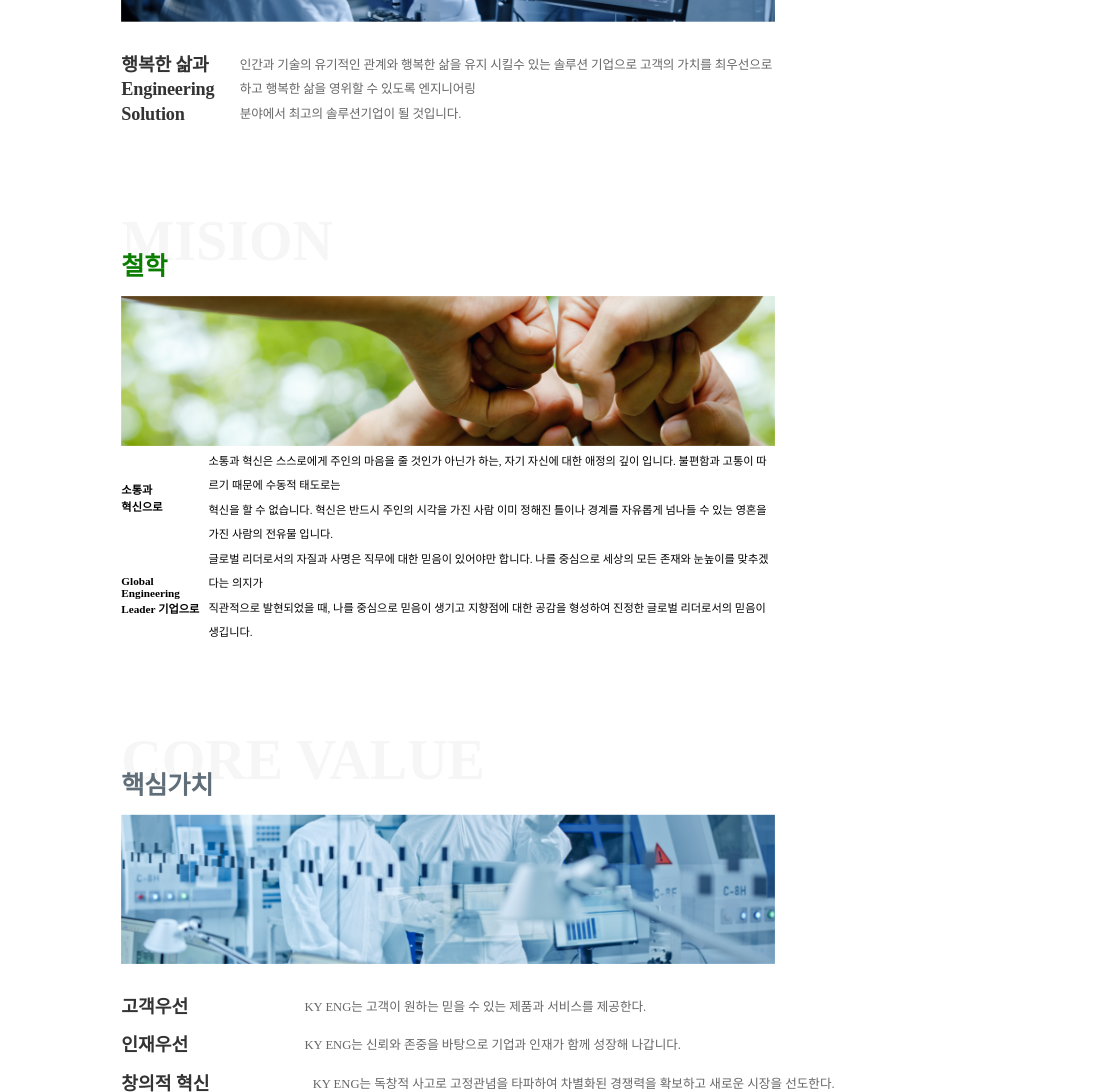
Repository: wogml3270/kumyoungENG
Page: sub/about/about_company.html
The author's editor kept a copy of each file at every save. The page is drawn from the files as they stood at one save, then again after the next save.
The browser window is 1280 px wide. The page is 1564 px wide, so the pictures cover 1564 px, including what lies to the right of the window. The pictures show the part of the page from y = 1130 to 2690 px (the page is 3033 px tall), at 70% of full size.
Some web fonts or font styles are not loaded; a fallback is used.

Above is the page before, as saved 2022-07-25 14:27:34.

### sub/about/about_company.html
<!DOCTYPE html>
<html lang="ko">
    <head>
        <meta charset="UTF-8" />
        <meta http-equiv="X-UA-Compatible" content="ie=edge" />
        <meta name="viewport" content="width=device-width, initial-scale=1.0" />
        <link rel="stylesheet" href="./../css/reset.css" />
        <link rel="stylesheet" href="./../css/about_company.css" />
        <link rel="stylesheet" href="./../css/about_banner.css">
        <link rel="stylesheet" href="./../css/snb_bar.css">
        <link rel="stylesheet" href="../../css/header.css">
        <link rel="stylesheet" href="../../css/footer.css">
        <link rel="stylesheet" href="/css/media.css">
        <script src="https://ajax.googleapis.com/ajax/libs/jquery/3.5.1/jquery.min.js"></script>
        <script src="http://ajax.aspnetcdn.com/ajax/jQuery/jquery-1.12.4.min.js"></script>
        <script src="https://code.jquery.com/jquery-1.12.4.min.js"></script>
        <script src="../../js/script.js"></script>
        <script src="../../js/snb_bar.js"></script>
        <title>회사소개_기업정신</title>
    </head>
    <body>
        <div id="header"></div>
        <div id="wrap">
            <div class="about-banner">
                <p>KUM YOUNG ENG</p>
                <span></span>
                <h3>회사소개</h3>
                <!-- <img src="./../images/company-banner-image.png" alt="배너 이미지"> -->
            </div>

            <div class="snb">
                <a href="/">homeimg</a>

                    <ul class="snb_box">
                        <li><a href="">회사소개<img src="./../images/Vector 1.png" alt=""></a></li>
                        <li>
                            <a href="/sub/about/about_company.html">기업정신<img src="./../images/Vector 1.png" alt=""></a>
                            <ol class="lnb">
                                <li><a href="/sub/about/about_greeting.html">인사말</a></li>
                                <!-- <li><a href="/sub/about/about_company.html">기업정신</a></li> -->
                                <li><a href="/sub/about/about_management.html">경영이념</a></li>
                                <li><a href="">ESG경영</a></li>
                                <li><a href="/sub/about/about_history.html">연혁</a></li>
                                <li><a href="/sub/about/about_org.html">조직도</a></li>
                                <li><a href="/sub/about/about_branch.html">지사/해외법인</a></li>
                                <li><a href="/sub/about/about_wayto.html">오시는길</a></li>
                            </ol>
                        </li>
                    </ul>
              </div>

            <section id="mind">
                <h2>기업정신</h2>

                <article class="vision">
                    <h3>VISION</h3>
                    <h4>비전</h4>

                    <img src="./../images/vision-image.png" alt="행복한 삶과 Engineering Solution">


                    <div class="firsttx">
                        <p>
                            행복한 삶과 <br />
                            Engineering Solution
                        </p>

                        <p>
                            인간과 기술의 유기적인 관계와 행복한 삶을 유지 시킬수 있는 솔루션 기업으로
                            고객의 가치를 최우선으로 하고 행복한 삶을 영위할 수 있도록 엔지니어링 <br />
                            분야에서 최고의 솔루션기업이 될 것입니다.
                        </p>
                    </div>
                </article>

                <article class="mission">
                    <h3>MISION</h3>
                    <h4>철학</h4>
                    <img src="./../images/mission-image.png" alt="소통과 혁신으로 Global Engineering Leader 기업으로">

                    <table class="secondtx">
                        <tr>
                            <th>
                                소통과 <br />
                                혁신으로
                            </th>

                            <td>
                                소통과 혁신은 스스로에게 주인의 마음을 줄 것인가 아닌가 하는, 자기 자신에 대한 애정의 깊이 입니다.
                                불편함과 고통이 따르기 때문에 수동적 태도로는 <br />
                                혁신을 할 수 없습니다. 혁신은 반드시 주인의 시각을 가진 사람 이미 정해진 틀이나
                                경계를 자유롭게 넘나들 수 있는 영혼을 가진 사람의 전유물 입니다.
                            </td>
                        </tr>

                        <div>
                            <th>
                                Global Engineering <br />
                                Leader 기업으로
                            </th>

                            <td>
                                글로벌 리더로서의 자질과 사명은 직무에 대한 믿음이 있어야만 합니다.
                                나를 중심으로 세상의 모든 존재와 눈높이를 맞추겠다는 의지가 <br />
                                직관적으로 발현되었을 때, 나를 중심으로 믿음이 생기고 지향점에 대한 공감을 형성하여
                                진정한 글로벌 리더로서의 믿음이 생깁니다.
                            </td>
                        </div>
                    </table>
                </article>

                <article class="core_value">
                    <h3>CORE VALUE</h3>
                    <h4>핵심가치</h4>

                    <img src="./../images/value-image.png" alt="핵심가치">
                    <div class="thirdtx">
                        <dl>
                            <dt>고객우선</dt>
                            <dd>KY ENG는 고객이 원하는 믿을 수 있는 제품과 서비스를 제공한다.</dd>
                        </dl>
                        <dl>
                            <dt>인재우선</dt>
                            <dd>KY ENG는 신뢰와 존중을 바탕으로 기업과 인재가 함께 성장해 나갑니다.</dd>
                        </dl>
                        <dl>
                            <dt>창의적 혁신</dt>
                            <dd>KY ENG는 독창적 사고로 고정관념을 타파하여 차별화된 경쟁력을 확보하고 새로운 시장을 선도한다.</dd>
                        </dl>
                        <dl>
                            <dt>변화선도</dt>
                            <dd>KY ENG 는 현실안주를 퇴보로 인식하고, 끊임없이 변화와 혁신을 추구해온 기업이며 세계시장을 리드하고 변화를 선도하는 기업이 되기 위해 노력합니다.</dd>
                        </dl>
                    </div>

                </article>
            </section>
        </div>
        <div id="footer"></div>
    </body>
</html>

### sub/css/reset.css
@charset "UTF-8";

* {
    margin: 0;
    padding: 0;
  }

  body,
  html {
    width: 100%;
    height: 100%;
    font-family: "Pretendard";
  }

  ul,
  li {
    list-style: none;
    text-decoration: none;
  }

  a:link,
  a:visited,
  a:hover,
  a:active {
    color: #fff;
    text-decoration: none;
  }

### sub/css/about_company.css
@charset "utf-8";

@import url("https://cdn.jsdelivr.net/gh/orioncactus/pretendard@v1.3.4/dist/web/static/pretendard.css");

table{
  border-collapse: collapse;
}
tr,th,td{
  text-align: left;
}
td{
  font-family: 'Pretendard';
  font-style: normal;
  font-weight: 400;
  line-height: 35px;
}

#wrap > img {
  width: 100%;
  height: auto;
}

#mind {
  width: 100%;
  padding-top: 110px;
}

#mind > h2 {
  color: #333;
  font-size: 24px;
  font-weight: 600;
  text-align: center;
}

article {
  width: 72.916%;
  margin-left: 13.5416%;
  margin-top: 120px;
}

article > h3 {
  color: #f6f6f6;
  font-size: 80px;
  font-weight: 800;
}

article > h4 {
  font-size: 36px;
  font-weight: 600;
  letter-spacing: -0.01em;
  position: relative;
  top: -40px;
}

article > img {
  width: 100%;
  margin-top: -20px;
}

.vision > h4 {
  color: #004170;
}

.firsttx {
  display: flex;
  flex-flow: row nowrap;
  justify-content: space-between;
  margin-top: 40px;
}
.firsttx > p {
  line-height: 35px;
  letter-spacing: -0.01em;
}
.firsttx > p:nth-child(1) {
  color: #333;
  font-size: 26px;
  font-weight: 600;
  margin-right: 10px;
}
.firsttx > p:nth-child(2) {
  color: #666;
  font-weight: 400;
  font-size: 18px;
}

.mission > h4 {
  color: #0B7E00;
}
.secondtx > div {
  display: flex;
  flex-flow: row nowrap;
  justify-content: flex-start;
  margin-top: 40px;
  line-height: 35px;
}

.secondtx > div > p {
  word-break: keep-all;
}

.secondtx > div:nth-child(1) > p:nth-child(1){
  margin-right: 249px;
}
.secondtx > div:nth-child(2) > p:nth-child(1){
  margin-right: 116px;
}

.secondtx > div > p:nth-child(1){
  color: #333;
  font-size: 26px;
  font-weight: 600;
}
.secondtx > div > p:nth-child(2){
  color: #666;
  font-size: 18px;
  font-weight: 400;
}

.core_value > h4 {
  color: #606E79;
}

.thirdtx {
  margin-top: 40px;
}

.thirdtx > dl {
  display: flex;
  flex-flow: row nowrap;
  justify-content: flex-start;
  margin-bottom: 20px;
}

.thirdtx > dl:last-child {
  margin-bottom: initial;
}

.thirdtx > dl > dt {
  color: #333;
  font-size: 26px;
  font-weight: 600;
  line-height: 35px;
  white-space: nowrap;
}

.thirdtx > dl > dd {
  color: #666;
  font-size: 18px;
  font-weight: 400;
  line-height: 35px;
  margin-left: 17.7857%;
  white-space: nowrap;
}

.thirdtx > dl:nth-child(3) > dd {
  margin-left: 15.7857%;
}

@media screen and (max-width: 899px){

  article{
    width: 80%;
    margin: 120px auto;
  }

  article > h3 {
    font-size: 50px;
  }

  article > h4 {
    font-size: 25px;
  }
  article > div > p:nth-child(1){
    font-size: 20px;
  }
  article > div > p:nth-child(2){
    font-size: 15px;
  }
  .firsttx{
      display: block;
  }
  .firsttx > p:nth-child(1) {
    font-size: 20px;
    margin-right: 0;
  }
  .firsttx > p:nth-child(2){
    font-size: 15px;
  }

  .secondtx > div {
    display: block;
    line-height: 29px;
  }
  .secondtx > div:nth-child(1) > p:nth-child(1){
    margin-right: 0;
    margin-bottom: 10px;
  }

  .secondtx > div:nth-child(2){
    display: block;
  }

  .secondtx > div > p > br {
    display: none;
  }
  .secondtx > div > p:nth-child(1){
    font-size: 20px;
    margin-right: 0;
  }

  .secondtx > div:nth-child(2) > p:nth-child(1) {
    margin-bottom: 10px;
    margin-right: 0;
  }

  .secondtx > div > p:nth-child(2){
    word-break: keep-all;
    font-size: 16px;
  }
  .thirdtx > dl{
    flex-direction: column;
    font-family: 'Pretendard';
    font-style: normal;
  }
  .thirdtx > dl > dt{
    font-size: 20px;
  }
  .thirdtx > dl > dd{
    font-size: 15px;
    margin-left: 3.5%;
    white-space: normal;
  }
  .thirdtx > dl:nth-child(3) > dd{
    margin-left: 3.5%;
  }

}

### sub/css/about_banner.css
@charset "UTF-8";

.about-banner{
    width: 100%;
    height: 500px;
    background: url(../../images/company-banner-image.png) no-repeat center center;
    background-size: cover;
    display: flex;
    flex-direction: column;
    align-items: center;
    justify-content: center;
  }
  .about-banner p{
    font-family: 'Pretendard';
    font-style: normal;
    font-weight: 400;
    font-size: 16px;
    line-height: 20px;
    text-align: center;
    letter-spacing: -0.01em;
    color: #FFFFFF;
  }
  .about-banner span{
    width: 40px;
    height: 1px;
    background: #FFFFFF;
    margin: 16px 0;
  }
  .about-banner h3{
    font-family: 'Pretendard';
    font-style: normal;
    font-weight: 700;
    font-size: 24px;
    line-height: 24px;
    text-align: center;
    letter-spacing: -0.01em;
    color: #FFFFFF;
  }

### sub/css/snb_bar.css
@charset "utf-8";

ul,li {
    list-style: none;
    text-decoration: none;
}

a:link,
a:visited,
a:hover,
a:active {
    color: #fff;
    text-decoration: none;
}

.snb {
    position: relative;
    top: -26px;
    width: 72.916%;
    height: 60px;
    margin: 0 auto;
    background-color: #fff;
    border: 1px solid #ddd;
    box-sizing: border-box;
    box-shadow: 0px 4px 15px rgba(0, 0, 0, 0.1);
    z-index: 1;
}

.snb > a {
    position: absolute;
    top: -1px;
    left: -1px;
    display: block;
    width: 65px;
    height: 60px;
    text-indent: -9999px;
    background-color: #004170;
    background-image: url(./../images/Group.png);
    background-position: center center;
    background-repeat: no-repeat;
}

.snb > a {
    display: block;
    width: 65px;
    height: 60px;
}

.snb_box {
    display: flex;
    flex-flow: row nowrap;
    /* margin-left: 20.5px; */
    margin-left: 64px;
    margin-top: 0;

}

.snb_box > li {
    position: relative;
    text-indent: 20.5px;
    /* text-indent: 30%; */
    width: 209px;
    height: 60px;
    line-height: 60px;
    border-right: 1px solid #ddd;
    box-sizing: border-box;
}

.snb_box > li > a {
    display: block;
    height: 60px;
    color: #333;
    font-family: 'Pretendard';
    font-style: normal;
    font-weight: 400;
    font-size: 16px;
}

.snb_box > li > a > img {
    position: absolute;
    top: 22.5px;
    left: 80%;

}

.snb_box > li:last-child > a:hover > img {
    transform: rotate(90deg);
    transition: 0.3s;
}

.lnb {
    display: none;
    position: absolute;
    width: 100%;
    padding: 0;
    border: 1px solid #DDDDDD;
    border-top: none;
    background-color: #fff;
}

.lnb > li > a {
    color: #333;
    display: block;
    font-family: 'Pretendard';
    font-style: normal;
    font-weight: 400;
    font-size: 16px;
}

.lnb > li > a:hover {
    background-color: #F5F5F5;
}

@media screen and (max-width: 899px){
    .snb{
        height: 40px;
    }
    .snb > a{
        width: 45px;
        height: 40px;
    }
    .snb_box > li{
        height: 40px;
        line-height: 40px;
    }
    .snb_box > li > a{
        height: 40px;
        font-size: 13px;
    }
    .snb_box > li > a > img{
        top: 13.5px;
    }
    .lnb > li > a{
        font-size: 13px;
    }
}

### css/footer.css
@charset "utf-8";

@import url("https://cdn.jsdelivr.net/gh/orioncactus/pretendard@v1.3.4/dist/web/static/pretendard.css");

body {
    margin: 0 auto;
    padding: 0;
}

footer {
    position: relative;
    width: 100%;
    height: 132px;
    font-family: 'Pretendard';
    font-size: 14px;
    font-weight: 400;
    background-color: #122B42;
    display: flex;
    align-items: center;
    justify-content: space-between;
    margin-top: 150px;
}

footer > address {
    color: #CECED5;
    line-height: 30px;
    font-style: normal;
    letter-spacing: -0.01em;
    margin-left: 13.663%;
}

footer > .footer-right{
    display: flex;
    flex-direction: column;
    align-items: flex-end;
    margin-right: 13.663%;
}
footer > .footer-right .logo {
    margin-bottom: 16px;
    display: block;
}

footer > .footer-right span {
    color: #CECED5;
}

### css/media.css
@charset "utf-8";

@media only screen and (min-width: 899px){
    .header_gnb_mobile{
        position: absolute;
        top: -9999px;
    }
}
    /* 모바일 가로, 타블렛 세로 */
@media only screen and (max-width: 899px) {

    /* header */
    .header{
        height: 120px;
        flex-direction: column;
    }
    .header > a{
        margin: 27px 10px 0 10px;
        z-index: 9999;
    }
    .header > a > img{
        width: 120px;
    }
    .header_gnb{
        display: none;
    }
    .header > .right{
        margin-right: 0;
        width: 100%;
    }
    .header > .right > .lang{
        position: absolute;
        top: 30px;
        left: 20px;
    }
    .header > .right > .lang > a{
        font-size: 11px;
    }
    .header_gnb_mobile{
        padding-top: 80px;
        width: 100%;
        background: #ffffff;
        position: absolute;
        top: 0;
    }
    .header_gnb_mobile > li{
        padding: 15px 20px;
        cursor: pointer;
        border-bottom: 1px solid #cccccc;
        position: relative;
    }
    .header_gnb_mobile > li::before{
        content: ">";
        position: absolute;
        right: 25px;
        font-family: 'Pretendard';
        font-style: normal;
        font-weight: 400;
        font-size: 20px;
        color: #9c9c9c;
        transform: rotate(90deg);
        transition: 0.3s;
    }
    .header_gnb_mobile > li > a{
        color: #333333;
        font-family: 'Pretendard';
        font-style: normal;
        font-weight: 400;
    }
    .header_gnb_mobile_toggle{
        display: block;
        z-index: 9999;
    }
    .header_gnb_mobile > li > ul > li{
        margin-left: 20px;
        margin-top: 5px;
    }
    .header_gnb_mobile > li > ul > li > a{
        position: relative;
        font-family: 'Pretendard';
        font-style: normal;
        font-weight: 400;
        font-size: 13px;
        line-height: 18px;
        letter-spacing: -0.01em;
        color: #5B5D7E;
    }
    .header_gnb_mobile > li > ul > li > a::before{
        content: "";
        background: #333333;
        width: 3px;
        height: 3px;
        border-radius: 50%;
        position: absolute;
        left: -11px;
        top: 6px;
    }

    /* main */
    .main_slide > ul > li{
        padding: 0;
        width: 25%;
        text-align: center;
    }
    .tab_menu{
        width: 100%;
    }
    .tab_menu .active::after{
        content: "";
        position: absolute;
        width: 95%;
        height: 63px;
        background: none;
        border: 3px solid #0b7e00;
        left: 10px;
        bottom: 0;
    }
    .tab_menu > .list{
        text-align: center;
        align-items: center;
        justify-content: center;
        flex-direction: column;
    }
    .tab_menu > .list > li{
        width: 100%;
        margin-right: 0;
        padding: 20px 0;
    }
    .tab_menu > .list > li.active{
        font-weight: 900;
    }
    .content01_area{
        height: 1078px;
    }
    .content01_box{
        flex-direction: column;
    }
    .content01_img{
        margin-right: 0;
        text-align: center;
    }
    .content01_img img{
        margin-right: 0;
    }
    .content01_img2 img{
        width: 90%;
    }
    .content01_caption{
        margin: 10px 0;
        width: 80%;
    }
    .content02{
        height: auto;
    }
    .content02 > h2{
        width: 100%;
        text-align: center;
    }
    .content02_box{
        flex-direction: column;
        justify-content: center;
        align-items: center;
        margin: 100px auto;
        gap: 60px;
        width: 90%;
    }
    .content02_box img{
        width: 100%;
    }
    .content02_txt_box{
        top: 172px;
        width: 90%;
        left: 20px;
    }

    .content03_box{
        width: 100%;
    }
    .content03_box_title{
        width: 80%;
    }
    .content03_box_sub{
        width: 80%;
    }

    /* footer */
    footer{
        flex-direction: column;
        justify-content: space-around;
        height: 250px;
    }
    footer > address{
        margin-left: 0;
        text-align: center;
        font-size: 16px;
        width: 80%;
    }
    footer > .footer-right{
        flex-direction: column;
        align-items: center;
        margin: 0 15px;
    }
}

### sub/about/footer.html
<footer>
    <address>
        금영이엔지 | 대전광역시 유성구 엑스포로 385, 본관동 1층,3층 (문지동) <br />
        Tel 042&ndash;824&ndash;5538 | Fax 042&ndash;824&ndash;5539 <br />
        사업자등록번호 314&ndash;81&ndash;92242
    </address>

    <div class="footer-right">
        <a href="#" class="logo">
            <img src="/images/logo-footer.svg" alt="">
        </a>
        <span>Copyright &copy; 2015 KUM YOUNG. All Rights Reserved.</span>
    </div>

</footer>

Loaded but not shown: js/script.js (36 lines, source omitted); js/snb_bar.js (14 lines, source omitted); sub/about/header.html (358 lines, source omitted); css/header.css (302 lines, source omitted)

After the next save:
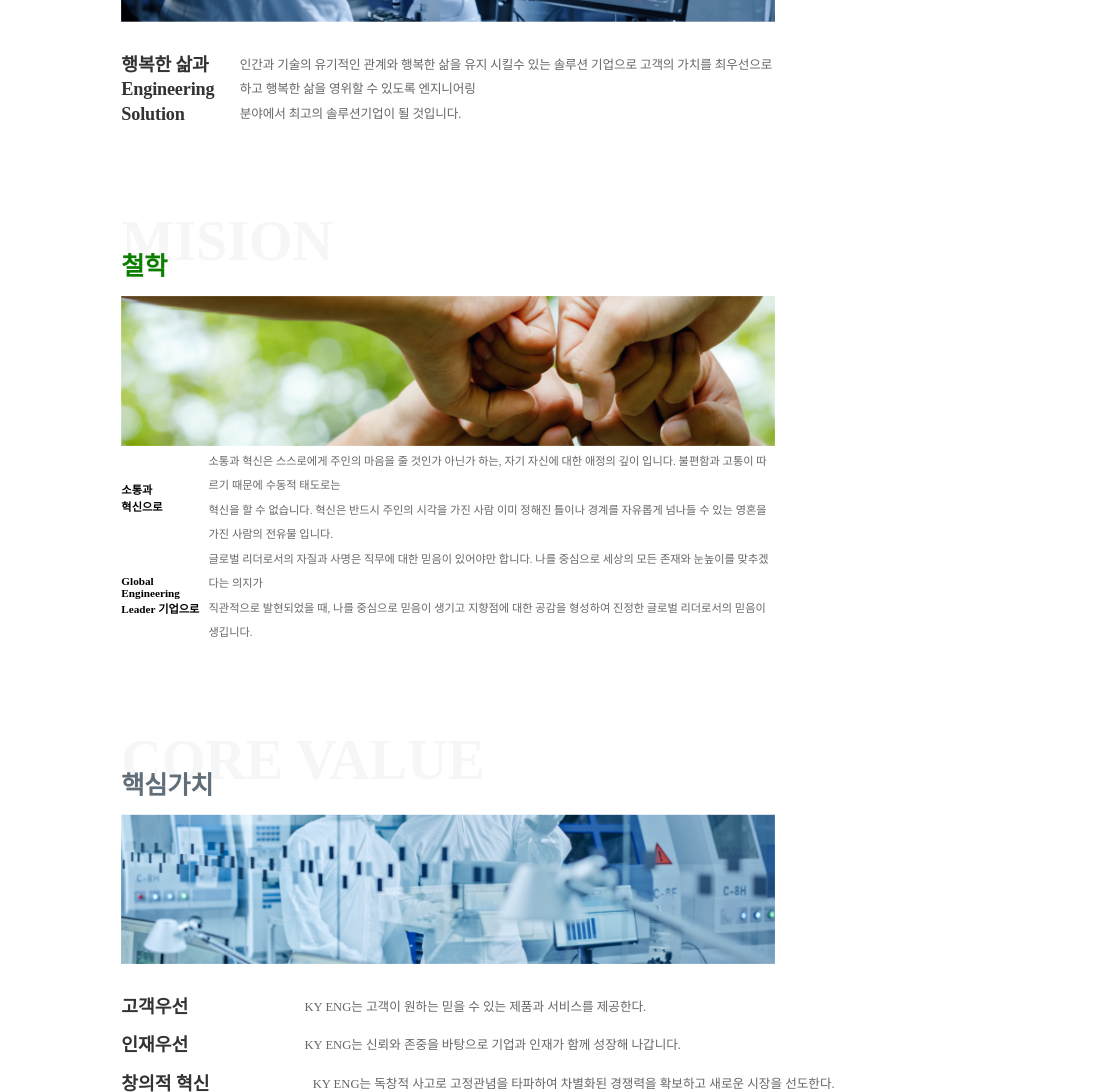
Saved 26 s later.
--- a/sub/css/about_company.css
+++ b/sub/css/about_company.css
@@ -13,6 +13,7 @@
   font-style: normal;
   font-weight: 400;
   line-height: 35px;
+  color: #666666;
 }
 
 #wrap > img {
